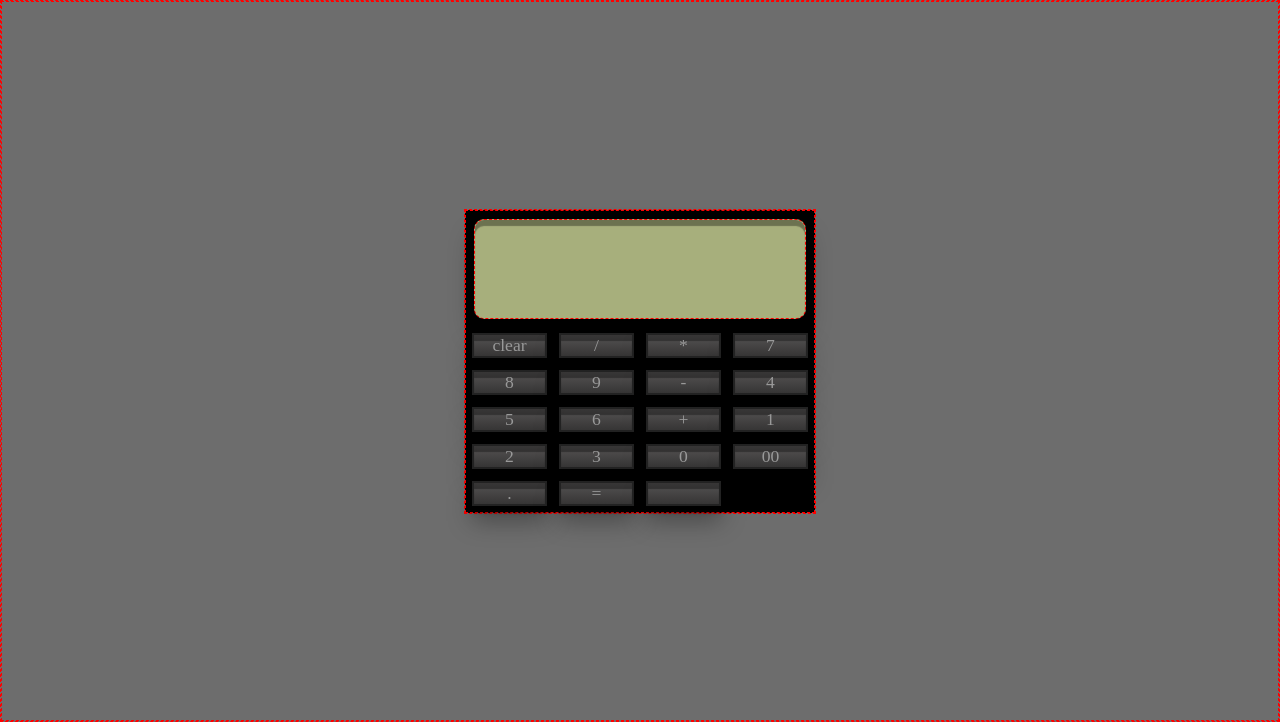
Repository: JunaidAnsari202/calculator
Page: index.html
An editor plug-in stored every save of this project. The page is shown before and after the next save, followed by the edit.
The browser window is 1280 px wide. The pictures show the whole page.

Above is the page before, as saved 2023-10-28 00:13:52.

### index.html
<!DOCTYPE html>
<html lang="en">
<head>
    <meta charset="UTF-8">
    <meta name="viewport" content="width=device-width, initial-scale=1.0">
    <title>Document</title>
    <link rel="stylesheet" href="style.css">
</head>
<body>

    <div class="caculator">
        <div class="button">
            <h2 id="value"></h2>
            <span id="clear">clear</span>
            <span>/</span>
            <span>*</span>
            <span>7</span>
            <span>8</span>
            <span>9</span>
            <span>-</span>
            <span>4</span>
            <span>5</span>
            <span>6</span>
            <span id="plus">+</span>
            <span>1</span>
            <span>2</span>
            <span>3</span>
            <span>0</span>
            <span>00</span>
            <span>.</span>
            <span id="equal">=</span>
            <span></span>
        </div>
    </div>
    <script src="script.js"></script>
</body>
</html>

### style.css
*{
    padding: 0;
    margin: 0;
    box-sizing: border-box;
    border: 1px red dashed;
}

body{
    display: flex;
    justify-content: center;
    align-items: center;
    height: 100vh;
    background-color: rgb(109, 109, 109);
}
.calculator{
    position: relative;
    width: 300px;
}

.button{
    position: relative;
    display: grid;
    background-color: black;
    width: 350px;
}

#value{
    position: relative;
    margin: 8px;
    grid-column: span 4;
    height: 100px;
    line-height: 100px;
    padding: 0 20px ;
    border-radius: 10px;
    background-color: #a7af7c;
    text-align: right;
    font-size: 1.5 rem;
    color: #3a3c2e;
    overflow: hidden;
    box-shadow: inset 0 6px 1px 0 rgba(0,0,0,0.35),
    0 5px 5px rgba(0,0,0,0.5),0 15px 25px rgba(0,0,0,0.35);
    width: calc(100% - 16px);
}


span{
    position: relative;
    pad: 10px;
    margin: 6px;
    min-width: 40px;
    font-size: 1.1rem;
    display: flex;
    justify-content: center;
    align-items: center;
    color: #999;
    border: 2px solid #222;
    background: linear-gradient(#555353,#363535);
    box-shadow: inset 0 6px 1px 0 rgba(0,0,0,0.35),
    0 5px 5px rgba(0,0,0,0.5),0 15px 25px rgba(0,0,0,0.35);
    user-select: none;
    cursor: pointer;
}

span::before{
    content: "";
    position: absolute;
    border-top: 2px solid #ccc;
    filter: blur(2px);
}

### script.js
let buttons=document.querySelector(".button");
let btn=document.querySelectorAll("span");
let value=document.getElementById("value");

for(let i =0;i<btn.length;i++){
    btn[i].addEventListener("click",function(){
        if(this.innerHTML == "="){
            value.innerHTML = eval(value.innerHTML);

        }
        else{
            if(this.innerHTML== "clear"){
                value.innerHTML = " ";
            }else{
                value.innerHTML += this.innerHTML;
            }
        }
    })
}

After the next save:
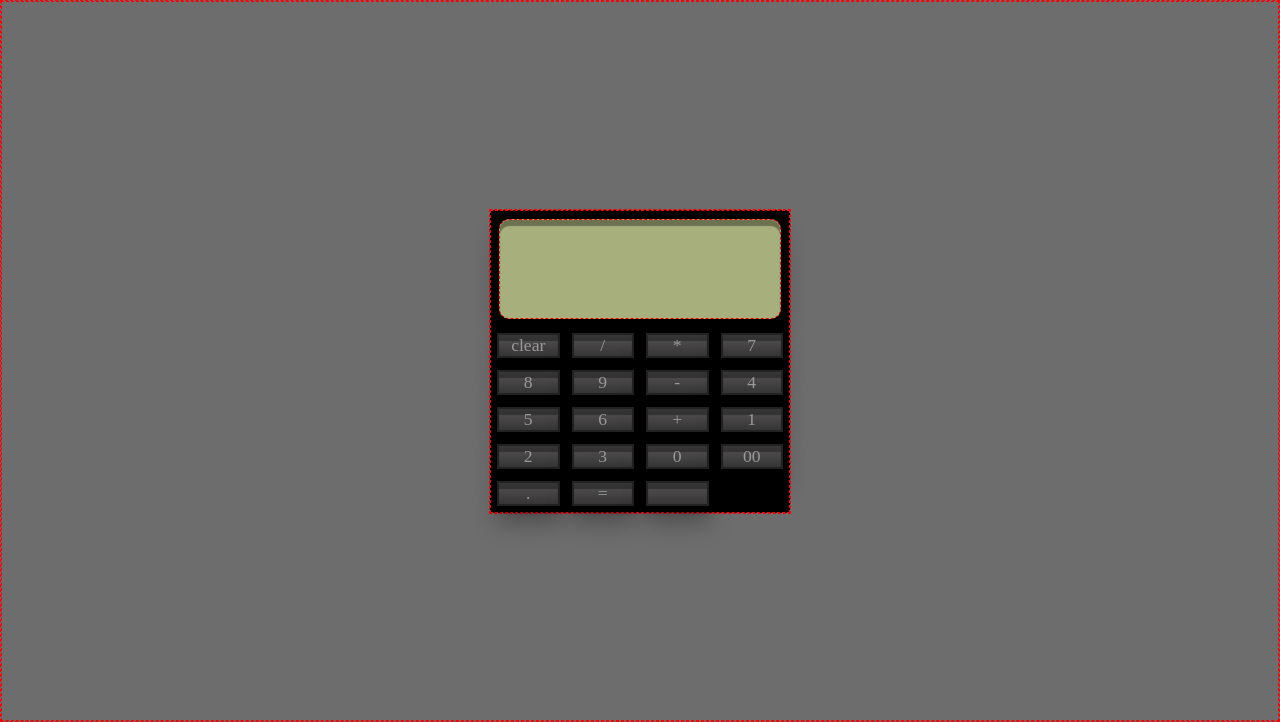
Saved 27 s later.
--- a/style.css
+++ b/style.css
@@ -21,7 +21,7 @@ body{
     position: relative;
     display: grid;
     background-color: black;
-    width: 350px;
+    width: 300px;
 }
 
 #value{
